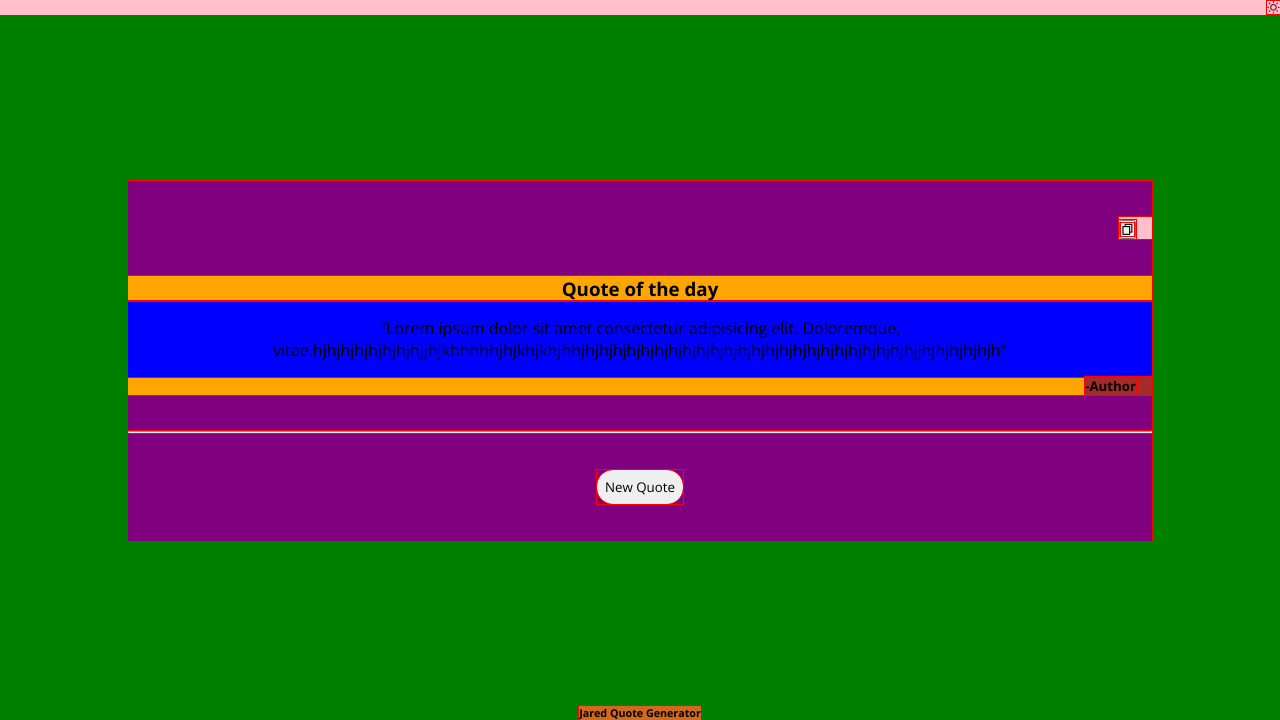
Repository: EguJaredoBoyd/Jared-Quote-Generator
Page: html/main.html
These files come from the project's save history. The page is drawn as it stood at one moment and after the next save; the edit follows.
The browser window is 1280 px wide. The pictures show the whole page.
Some web libraries are served in a nearby version.

Above is the page before, as saved 2026-01-09 01:47:30.

### html/main.html
<!DOCTYPE html>
<html lang="en">
  <head>
    <meta charset="UTF-8" />
    <meta name="viewport" content="width=device-width, initial-scale=1.0" />
    <link rel="stylesheet" href="../css/style.css" />
    <script src="../js/main.js" defer></script>
    <link
      href="https://cdn.jsdelivr.net/npm/remixicon@4.8.0/fonts/remixicon.css"
      rel="stylesheet"
    />
    <link rel="preconnect" href="https://fonts.googleapis.com" />
    <link rel="preconnect" href="https://fonts.gstatic.com" crossorigin />
    <link
      href="https://fonts.googleapis.com/css2?family=Open+Sans:ital,wght@0,300..800;1,300..800&display=swap"
      rel="stylesheet"
    />
    <title>Document</title>
  </head>
  <body>
    <div class="container">
      <header>
        <button><i class="ri-sun-line"></i></button>
      </header>
      <main>
        <div class="quote-container">
          <div class="quote-container__copy">
            <button><i class="ri-file-copy-line"></i></button>
          </div>
          <div class="quote-container__quotes">
            <h3>Quote of the day</h3>
            <p>
              "Lorem ipsum dolor sit amet consectetur adipisicing elit.
              Doloremque,
              vitae.hjhjhjhjhjhjhjhjjhjkhhhhhjhjkhjkhjhhjhjhjhjhjhjhjhjhjhjhjhjhjhjhjhjhjhjhjhjhjhjhjhjhjjhjhjhjhjhjh"
            </p>
            <div class="quote-container__author">
              <h5>-Author</h5>
            </div>
          </div>
          <hr />
          <div class="quote-container__new--quote">
            <button>New Quote</button>
          </div>
        </div>
      </main>
      <footer>
        <div class="footer__developer">
          <h6>Jared Quote Generator</h6>
        </div>
      </footer>
    </div>
  </body>
</html>

### css/style.css
* {
  margin: 0;
  padding: 0;
  box-sizing: border-box;

  outline: 1px solid red;
}

:root {
  --background-color: #7b0d1e;
  --card-color: #f8e5ee;
  --text-color: black;
  --button-color: #7b0d1e;
}

html {
  font-size: 16px;
}

.lighter-theme {
  --background-color: #f8e5ee;
  --card-color: #7b0d1e;
  --text-color: whitesmoke;
  --button-color: #f8e5ee;
}

body {
  font-family: "Open Sans", sans-serif;
}

.container {
  background-color: green;
  height: 100vh;
  display: flex;
  flex-direction: column;
  justify-content: space-between;
  align-items: center;
}

header {
  display: flex;
  justify-content: flex-end;
  background-color: pink;
  width: 100%;
}

header button {
  border: none;
  background: none;
  color: var(--button-color);
}

.quote-container {
  background-color: purple;
  display: flex;
  flex-direction: column;
  justify-content: space-evenly;
  align-items: center;
  height: 50vh;
  width: 80vw;
  max-width: 80vw;
}

.quote-container__copy {
  align-self: self-end;
  padding-right: 1rem;
  background-color: pink;
}

.quote-container__quotes {
  background-color: orange;
  max-width: 100%;
}

.quote-container__quotes h3 {
  text-align: center;
}

.quote-container__quotes p {
  background-color: blue;
  max-width: 100%;
  padding: 1rem 2rem;
  overflow-wrap: break-word;
  text-align: center;
}

.quote-container__author {
  background-color: brown;
  justify-self: end;
  padding-right: 1rem;
}

.quote-container hr {
  width: 100%;
}

.quote-container__new--quote button {
  padding: 0.5rem;
  border: none;
  border-radius: 1rem;
  font-family: "Open Sans", sans-serif;
}

.footer__developer {
  background-color: chocolate;
}

Loaded but not shown: js/main.js (no copy from this time; the picture is the same without it)

After the next save:
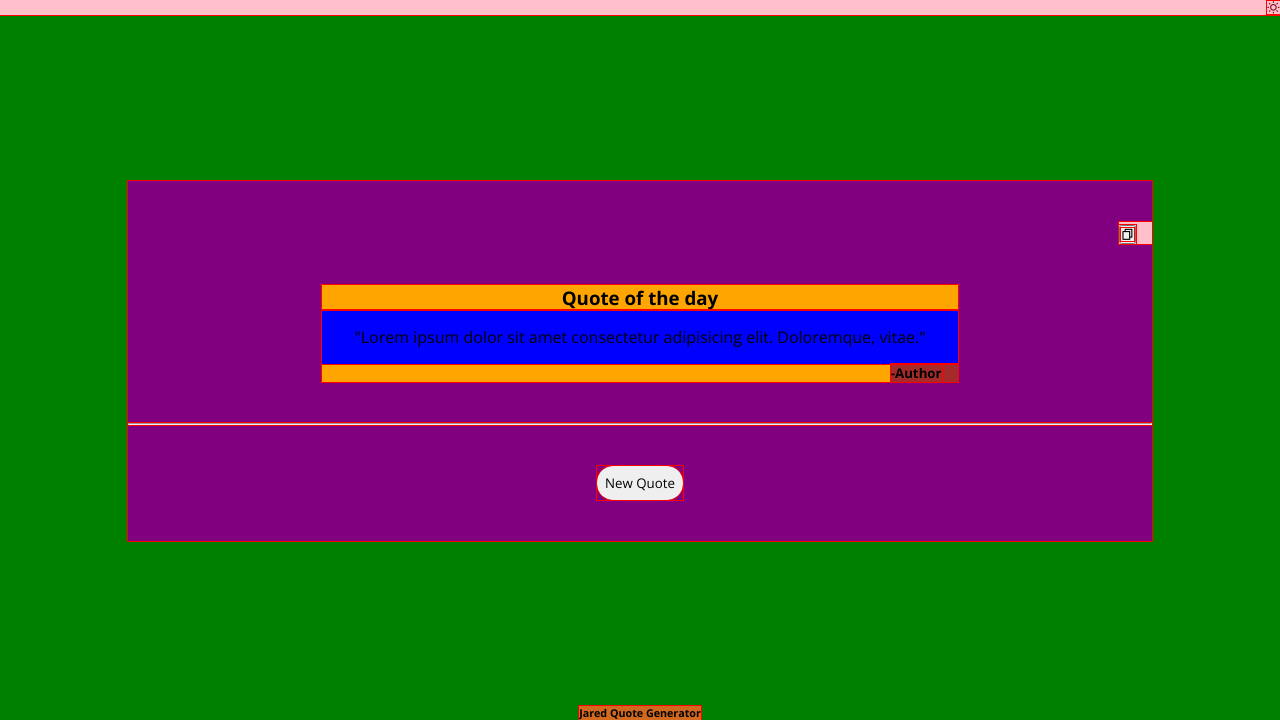
Saved 75 s later.
--- a/html/main.html
+++ b/html/main.html
@@ -31,8 +31,7 @@
             <h3>Quote of the day</h3>
             <p>
               "Lorem ipsum dolor sit amet consectetur adipisicing elit.
-              Doloremque,
-              vitae.hjhjhjhjhjhjhjhjjhjkhhhhhjhjkhjkhjhhjhjhjhjhjhjhjhjhjhjhjhjhjhjhjhjhjhjhjhjhjhjhjhjhjjhjhjhjhjhjh"
+              Doloremque, vitae."
             </p>
             <div class="quote-container__author">
               <h5>-Author</h5>

After the save that followed:
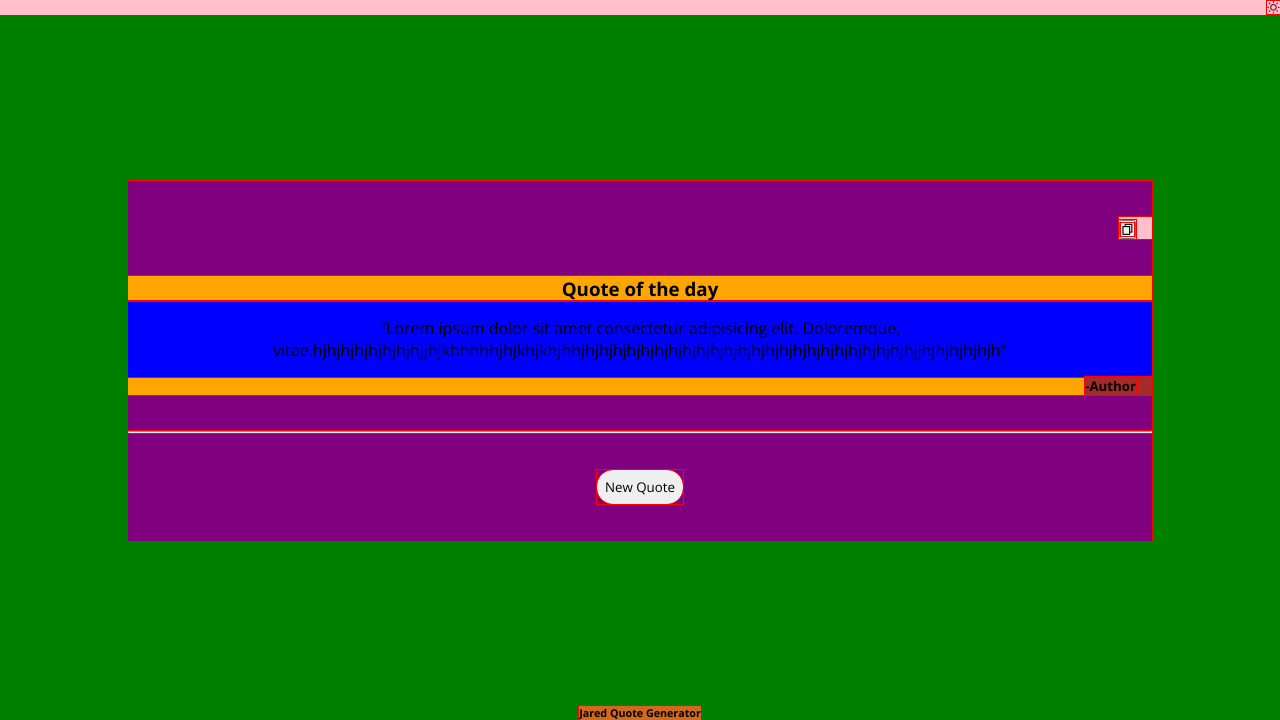
Saved 85 s later.
--- a/html/main.html
+++ b/html/main.html
@@ -31,7 +31,8 @@
             <h3>Quote of the day</h3>
             <p>
               "Lorem ipsum dolor sit amet consectetur adipisicing elit.
-              Doloremque, vitae."
+              Doloremque,
+              vitae.hjhjhjhjhjhjhjhjjhjkhhhhhjhjkhjkhjhhjhjhjhjhjhjhjhjhjhjhjhjhjhjhjhjhjhjhjhjhjhjhjhjhjjhjhjhjhjhjh"
             </p>
             <div class="quote-container__author">
               <h5>-Author</h5>
